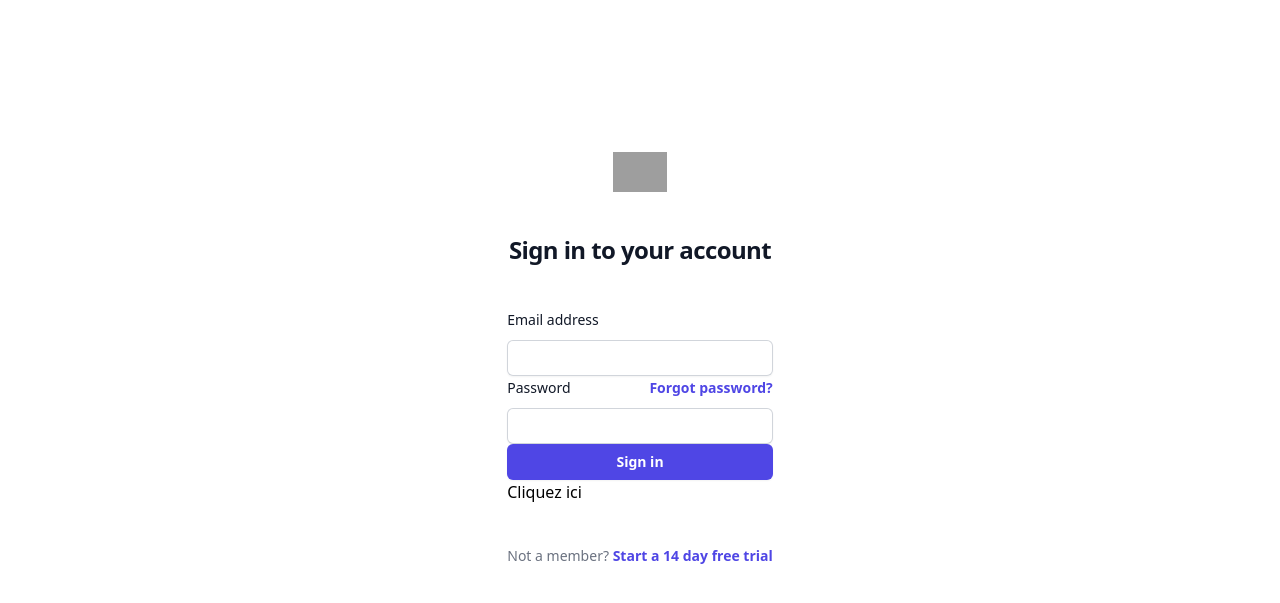
Repository: boschierob/interventio-app
Page: http://localhost/login
An editor plug-in stored every save of this project. The page is shown before and after the next save, followed by the edit.
The browser window is 1280 px wide. The pictures show the whole page.
Pictures or frames that could not be fetched are drawn as grey boxes. The page is served by the project's Node server (server.js).

Above is the page before, as saved 2023-11-14 16:13:24.

After the next save:
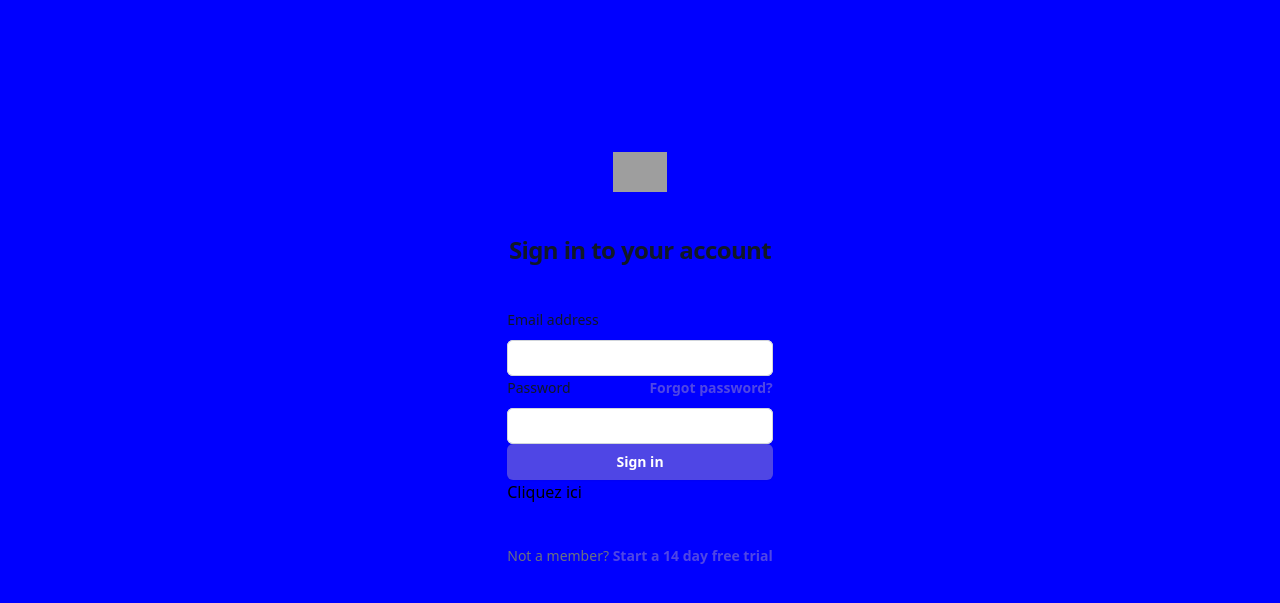
Saved 74 s later.
--- a/views/login.ejs
+++ b/views/login.ejs
@@ -15,7 +15,7 @@
 <body class="bg-gray-200 flex justify-center items-center h-screen">
 
    <!-- Définir une variable d'état -->
-   <% var color = color || '#FFFFFF'; %>
+   <% var color = color || 'blue'; %>
 
   <form action="/login" method="post" class="flex min-h-full flex-col justify-center px-6 py-12 lg:px-8">
     <div class="sm:mx-auto sm:w-full sm:max-w-sm">
